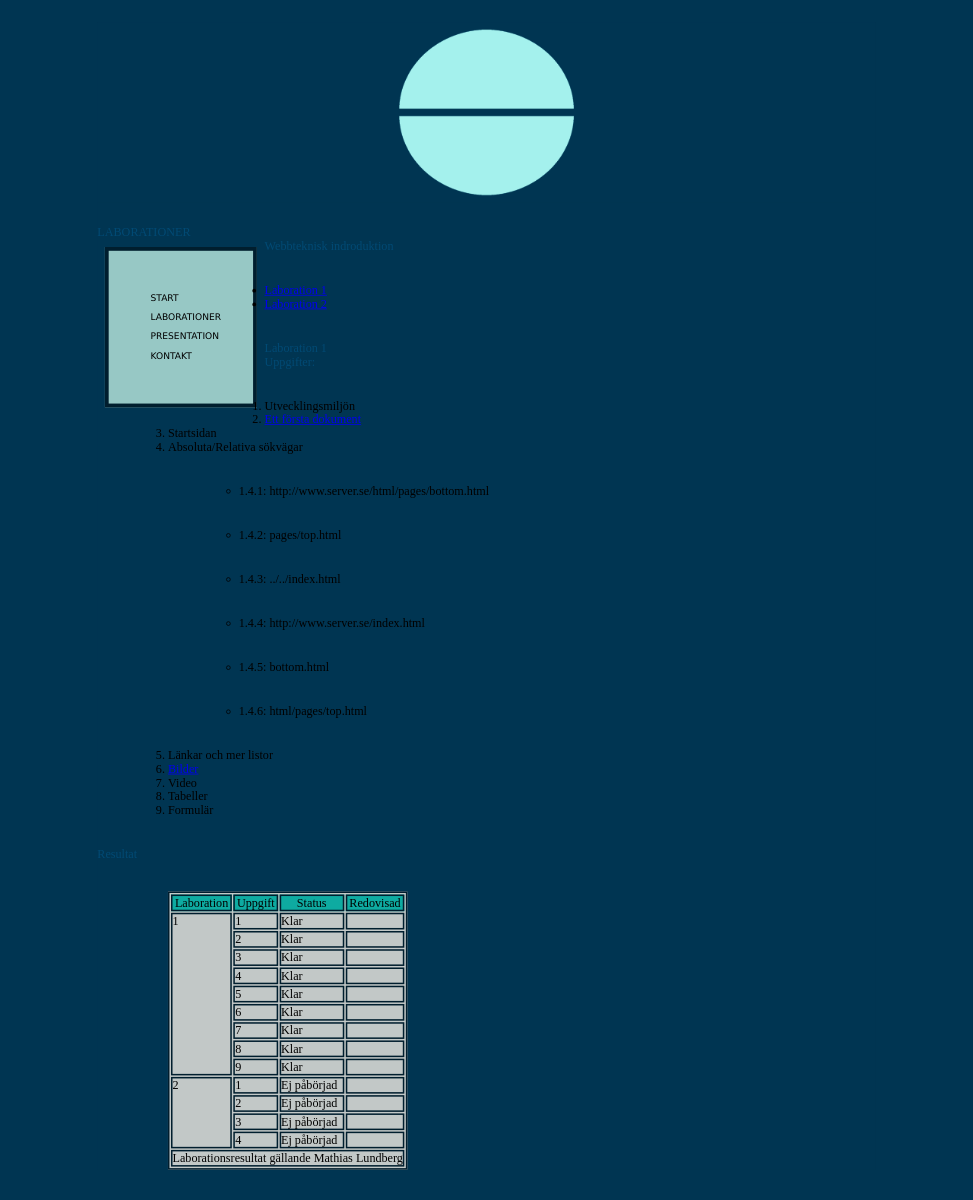
Repository: ml223nw/1ik415-laborationer
Page: pages/laborationer.html
The author's editor kept a record of every edit. The page is drawn from the files as they stood at one moment, then again after the next edit.
The browser window is 1280 px wide. The pictures show the whole page, at 76% of full size.

Above is the page before.

### pages/laborationer.html
<!DOCTYPE html>
<html lang="sv">
    <head>
        <meta charset="utf-8">
        <title>Laborationer - Mathias portal</title>
        <link rel="stylesheet" href="../css/style.css"/>
    </head>
    <body>
    <div id='container'>
    <div id="header">
    </div>
        <h1>LABORATIONER</h1>
        <div id='navigation'>
            <ul>
                <li><a href="../index.html">Start</a></li>
                <li><a href="laborationer.html">Laborationer</a></li>
                <li><a href="presentation.html">Presentation</a></li>
                <li><a href="kontakt.html">Kontakt</a></li>
            </ul>
        </div>
        <h2>Webbteknisk indroduktion</h2>

            <ul>
        <li><a href="http://coursepress.lnu.se/kurs/webbteknisk-introduktion/laborationer/l01-struktur-och-innehall/">Laboration 1</a></li>
            <li><a href="https://coursepress.lnu.se/kurs/webbteknisk-introduktion/laborationer/l02-en-stiligare-portal/">Laboration 2</a></li>
    </ul>

        <h2>Laboration 1</h2>

        <p>Uppgifter:</p>

    <ol>
      <li>Utvecklingsmiljön</li>
      <li><a href="../pages/presentation.html#jag">Ett första dokument</a></li>
      <li>Startsidan</li>

      <li>Absoluta/Relativa sökvägar
        <ul>
          <li>1.4.1: http://www.server.se/html/pages/bottom.html</li>
        </ul>
      </li>

      <ul>
        <li>1.4.2: pages/top.html</li>
      </ul>

      <ul>
        <li>1.4.3: ../../index.html</li>
      </ul>

      <ul>
        <li>1.4.4: http://www.server.se/index.html</li>
      </ul>

      <ul>
        <li>1.4.5: bottom.html</li>
      </ul>

      <ul>
        <li>1.4.6: html/pages/top.html</li>
      </ul>
    </ul>


      <li>Länkar och mer listor</li>
      <li><a href="../index.html#svg">Bilder</a></li>
      <li>Video</li>
      <li>Tabeller</li>
      <li>Formulär</li>

    </ol>


          <h3>Resultat</h3>
  <table border='1'>
    <thead>
      <tr>
        <th>Laboration</th>
        <th>Uppgift</th>
        <th>Status</th>
        <th>Redovisad</th>
      </tr>
    </thead>
    <tbody>
      <tr>
      <td rowspan="9">1</td>
        <td>1</td>
        <td>Klar</td>
        <td></td>
      </tr>

          <tr>
            <td>2</td>
            <td>Klar</td>
            <td></td>
          </tr>

          <tr>
            <td>3</td>
            <td>Klar</td>
            <td></td>
          </tr>

          <tr>
            <td>4</td>
            <td>Klar</td>
            <td></td>
          </tr>

          <tr>
            <td>5</td>
            <td>Klar</td>
            <td></td>
          </tr>

          <tr>
            <td>6</td>
            <td>Klar</td>
            <td></td>
          </tr>

          <tr>
            <td>7</td>
            <td>Klar</td>
            <td></td>
          </tr>

          <tr>
            <td>8</td>
            <td>Klar</td>
            <td></td>
          </tr>

          <tr>
            <td>9</td>
            <td>Klar</td>
            <td></td>
          </tr>

          <tr>
          <td rowspan="4">2</td>
            <td>1</td>
            <td>Ej påbörjad</td>
            <td></td>
          </tr>

          <tr>
            <td>2</td>
            <td>Ej påbörjad</td>
            <td></td>
          </tr>

          <tr>
            <td>3</td>
            <td>Ej påbörjad</td>
            <td></td>
          </tr>

          <tr>
            <td>4</td>
            <td>Ej påbörjad</td>
            <td></td>
          </tr>
          </tbody>
      <tfoot>
      <tr>
          <td colspan="4">Laborationsresultat gällande Mathias Lundberg</td>
      </tr>
      </tfoot>
  </table>


        </body>
</html>

### css/style.css
/* http://meyerweb.com/eric/tools/css/reset/
   v2.0 | 20110126
   License: none (public domain)
*/

html, body, div, span, applet, object, iframe,
h1, h2, h3, h4, h5, h6, p, blockquote, pre,
a, abbr, acronym, address, big, cite, code,
del, dfn, em, img, ins, kbd, q, s, samp,
small, strike, strong, sub, sup, tt, var,
b, u, i, center,
dl, dt, dd, ol, ul, li,
fieldset, form, label, legend,
table, caption, tbody, tfoot, thead, tr, th, td,
article, aside, canvas, details, embed,
figure, figcaption, footer, header, hgroup,
menu, nav, output, ruby, section, summary,
time, mark, audio, video {
	margin: 0;
	padding: 0;
	border: 0;
	font-size: 100%;
	font: inherit;
	vertical-align: baseline;
}
/* HTML5 display-role reset for older browsers */
article, aside, details, figcaption, figure,
footer, header, hgroup, menu, nav, section {
}
#container {
    width:1024px;
    margin-left:auto;
    margin-right:auto;
    color:#004a74;
    background-color:#76c8c3;
	}
#header {
	background-color:#003552;
	background-image: url('../pics/logoTop.png');
	background-position: center;
	background-repeat: no-repeat;
	text-align:center;
	height:237px;
    }
#navigation {
	float:left;
	background-color:#42847D;
	width:205px;
	margin-top:5px;
	margin-right:5px;
	}

#content {
	float: right;
	float: left;
	color: black;
	background-color:#76c8c3;
	width:1024px;
	font-family:Georgia, serif;
	margin-top:5px;
	margin-bottom:5px;
	}

/* http://meyerweb.com/eric/tools/css/reset/
   v2.0 | 20110126
   License: none (public domain)
*/
html, body, div, span, applet, object, iframe,
h1, h2, h3, h4, h5, h6, p, blockquote, pre,
a, abbr, acronym, address, big, cite, code,
del, dfn, em, img, ins, kbd, q, s, samp,
small, strike, strong, sub, sup, tt, var,
b, u, i, center,
dl, dt, dd, ol, ul, li,
fieldset, form, label, legend,
table, caption, tbody, tfoot, thead, tr, th, td,
article, aside, canvas, details, embed,
figure, figcaption, footer, header, hgroup,
menu, nav, output, ruby, section, summary,
time, mark, audio, video {
	margin: 0;
	padding: 0;
	border: 0;
	font-size: 100%;
	font: inherit;
	vertical-align: baseline;
}

body {
	background-color:#003552;
	alignment-adjust:middle;
}

/* Main body for everything */
#container {
    width:1024px;
    margin-left:auto;
    margin-right:auto;
    color:#004a74;
    background-color:#003552;
	}

/* Top body of the webpage (where the logo goes) */
#header {
	margin-top:30px;
	margin-bottom:30px;
	background-color:#003552;
	background-image: url('../pics/logoTop.png');
	background-position: center;
	background-repeat: no-repeat;
	height:237px;
    }

/* Body of the menu */
#navigation {
	border-style:solid;
    border-width:5px;
    border-color:#001E2E;
	margin-top:10px;
	margin-bottom:10px;
	float:left;
	background-color:#97C8C5;
	padding-top:20px;
	padding-bottom:20px;
	width:190px;
	margin-right:10px;
	margin-left:10px;
	}

/* Alignments of the menu fonts */
#navigation ul {
    margin-top:5px;
    margin-bottom:5px;
    margin:30px;
    padding-right:20px;
    list-style:none;
	}

/* Body of the content */
#content {
	float:left;
	border-style:solid;
    border-width:5px;
    border-color:#001E2E;
	background-color: #97C8C5;
	width:780px;
	font-family:Georgia, serif;
	padding-top:20px;
	padding-bottom:20px;
	margin-top:10px;
	margin-bottom:10px;
	}

/* Font sizes, colors and alignment of contents */
#content h3, h4, video, ul, ol, table {
    margin:40px 93px 40px 93px;
    color:black;
    }

#content img {
    border-left:solid 0px;
    border-right:solid 15px;
    border-color: #97C8C5;
    float:left;
    margin-left:93px;
    }

#content h2 {
    margin:30px 60px 110px 60px;
    color:black;
    }

#content h2 {
    color:black;
	font-size: 2.0em;
    font-weight: bold;
	text-transform: uppercase;
    }

#content h3 {
   	color:black;
	font-size: 1.2em;
	font-weight: bold;
    }

#content p {
    margin:30px 93px 30px 93px;
    color:black;
    }

#content li {
    margin:40px;
    }

#postlink {
    margin:30px 93px 30px 93px;
}

/* Author of the webpage */
#footer {
    margin-left:854px;
	margin-top:10px;
	margin-bottom:15px;
    background-color:#76c8c3;
    width:154px;
    font-family:"Times New Roman", serif;
    font-size:2;
    clear:both;
}

#footer p {
    text-indent:10px;
	color:black;

}

/* Blog post author */
.postfooter {
	margin-left:auto;
	margin-right:auto;
	font-style:italic;
	text-indent:10px;
	background-color:#C2C8C7;
    border: 1px solid #001E2E;
    border-bottom-style:solid;
    border-top-style:solid;
    border-left-style:none;
    border-right-style:none;
	width: 593px;
	line-height: 180%;
}

#navigation a {
    font-size:12px;
    line-height: 210%;
    text-decoration:none;
    font-family:Verdana, sans-serif;
    color:black;
    text-transform:uppercase;
    display:block;
    background-repeat: no-repeat;
    text-indent:25px;
}

#home {
    width: 24px;
    height: 24px;
    background: url('pics/sprite.png') 0 0px;
    background-repeat: no-repeat;
}

#home:hover {
    width: 24px;
    height: 24px;
    background: url('pics/sprite.png') 0 -48px;
    background-repeat: no-repeat;
}

#lab {
    width: 24px;
    height: 24px;
    background: url('pics/sprite.png') 0 -95px;
    background-repeat: no-repeat;
}

#lab:hover {
    width: 24px;
    height: 24px;
    background: url('pics/sprite.png') 0 -143px;
    background-repeat: no-repeat;
}

#pres {
    width: 24px;
    height: 24px;
    background: url('pics/sprite.png') 0 -191px;
    background-repeat: no-repeat;
}

#pres:hover {
    width: 24px;
    height: 24px;
    background: url('pics/sprite.png') 0 -239px;
    background-repeat: no-repeat;
}

#kontakt {
    width: 24px;
    height: 24px;
    background: url('pics/sprite.png') 0 -287px;
    background-repeat: no-repeat;
}

#kontakt:hover {
    width: 24px;
    height: 24px;
    background: url('pics/sprite.png') 0 -335px;
    background-repeat: no-repeat;
}

/* Mouse pointer hovering a menu link */
#navigation a:hover {
    background-color:#0EABA1;
    width:130px;

/* Link is yellow depending on which page is shown */
}
#navigation .active {
    background-color:yellow;
    width:130px;
}

#content a:hover {
    font-size:100%;
    color:yellow;
    text-decoration:underline;
}
#content a:visited a:hover {
    font-size:100%;
    color:black;
    text-decoration:underline;
}

/* Page title */
.title {
	background-color:#97C8C5;
	margin-right:10px;
	margin-left:10px;
    width:160px;
    border-color:#001E2E;
    }

/* Positon of the page title */
#mathiasportal {
    margin-left:30px;
    font-size:0.8em;
    font-weight: bold;
    font-family:Verdana, sans-serif;
    color:black;
}

/* Table */
table, th, td {
   border: 2px solid #001E2E;
   background-color:#C2C8C7;
}


th {
    background-color:#0EABA1;
}

#submit {
	margin-left:auto;
	margin-right:auto;
	margin-top:30px;
}

/* Alignments of the images in #content */
.left {
	margin-left:26px;
	margin-right:93px;
}

.right {
    float:right;
}

/* Contact forms */
#content form {
    margin:40px 93px 40px 93px;
}


fieldset {
    margin-left:auto;
	margin-right:auto;
    border:2px solid #001E2E;
    background-color: #C2C8C7;
}

#content input {
    margin-left:90px;
}

textarea {
    resize:none;
    width:400px;
    height:110px;
}

#content .radio {
	margin-left:auto;
	margin-right:auto;
}

legend {
    margin-left:90px;
    background-color:#0EABA1;
    color:black;
}

#hcard-Mathias-Lundberg-Simon-Lundberg {
    background-color:#C2C8C7;
    border:solid 1px black;
    margin:30px 93px 30px 93px;
    color:black;
}

#hcard-Mathias-Lundberg-Simon-Lundberg p {
    margin:30px 0px 30px 0px;
    color:black;
}

After the next edit:
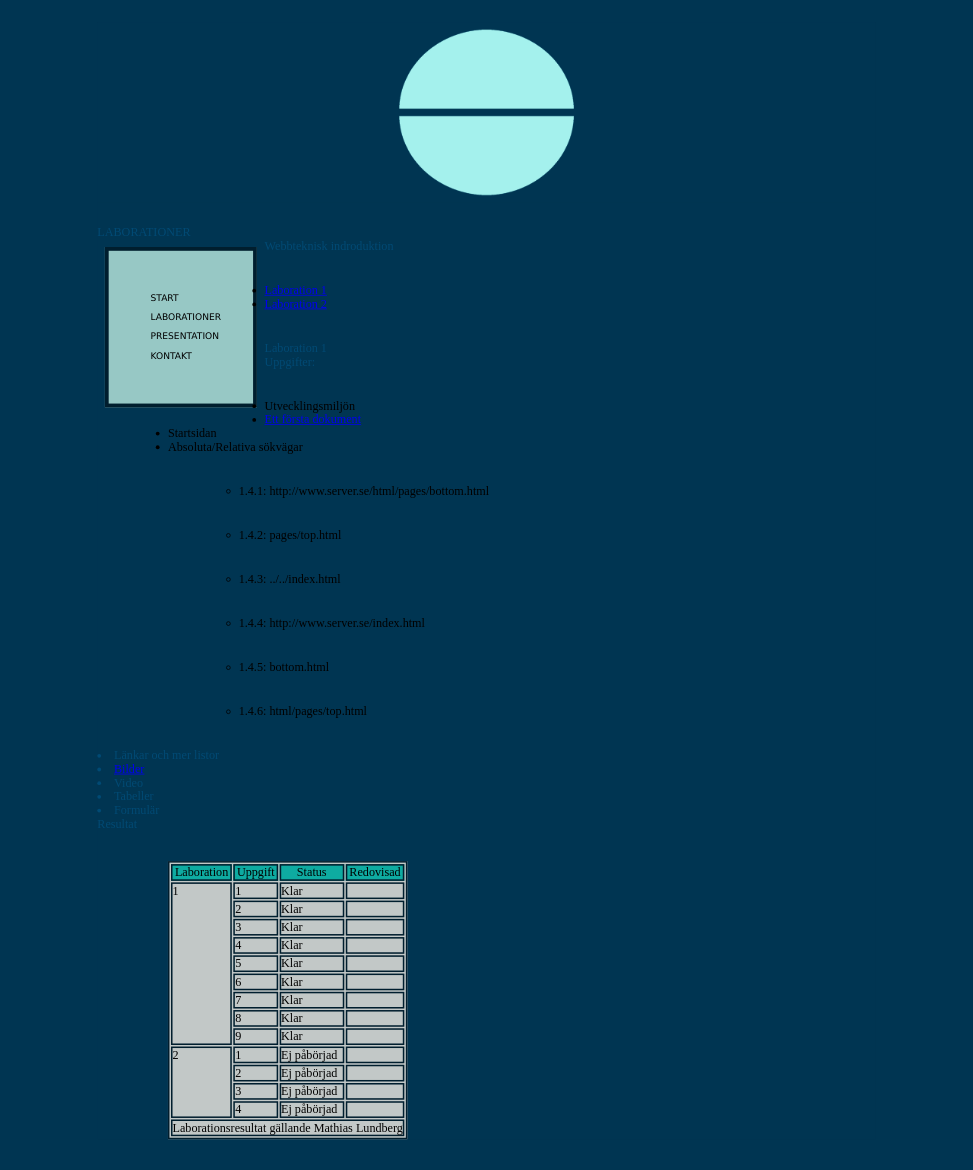
The edit:
--- a/pages/laborationer.html
+++ b/pages/laborationer.html
@@ -29,7 +29,7 @@
 
         <p>Uppgifter:</p>
 
-    <ol>
+    <ul>
       <li>Utvecklingsmiljön</li>
       <li><a href="../pages/presentation.html#jag">Ett första dokument</a></li>
       <li>Startsidan</li>
